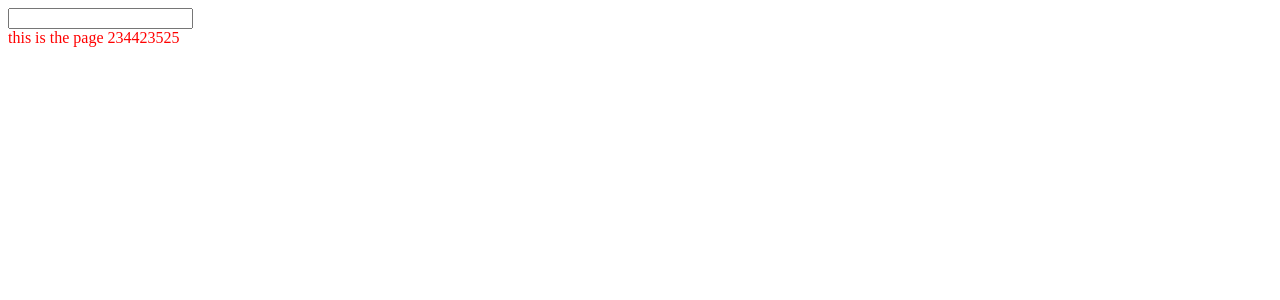
Repository: jasontianxie/huatian-mock-react-demo
Page: /
An editor plug-in stored every save of this project. The page is shown before and after the next save, followed by the edit.
The browser window is 1280 px wide. The pictures show the whole page.
The project was rebuilt for these pictures with package versions that can differ from the ones it lists, and the page was loaded fresh each time. Also part of the build but not shown: webpack.config.js.

Above is the page before, as saved 2017-04-20 16:30:00.

After the next save:
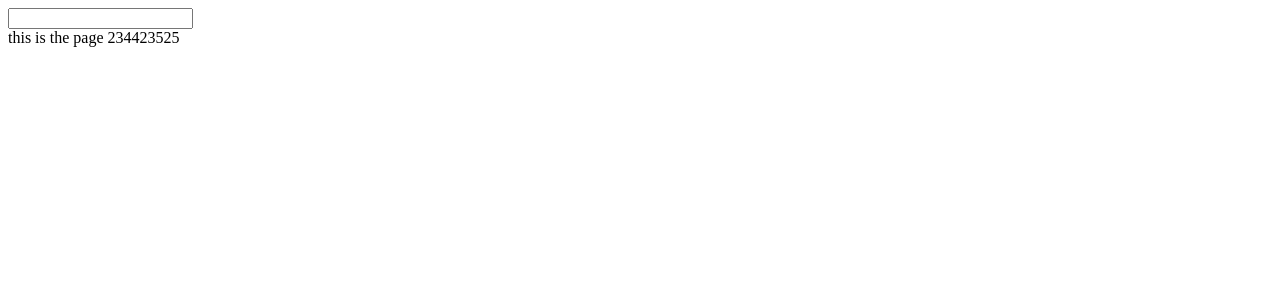
Saved 15 s later.
--- a/pages/main/main.scss
+++ b/pages/main/main.scss
@@ -1,3 +1,3 @@
 .main-aaa{
-  color: red;
+  color: black;
 }
